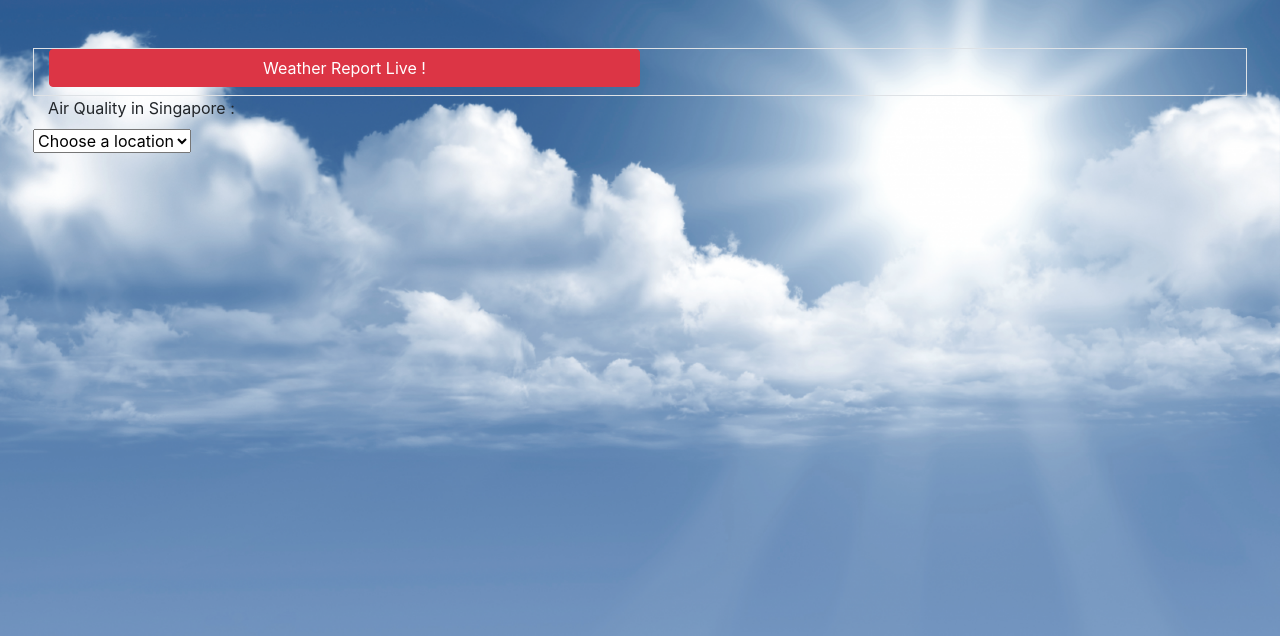
Repository: Code-Institute-Submissions/projectchen88-weatherForecast
Page: index.html
The author's editor kept a record of every edit. The page is drawn from the files as they stood at one moment, then again after the next edit.
The browser window is 1280 px wide. The pictures show the whole page.
The page's requests for data from a server got no answer.

Above is the page before.
Console error (its wording comes from the project's code and is left out).

### index.html
<!doctype html>
<html lang="en">

<head>
    <!-- Required meta tags -->
    <meta charset="utf-8">
    <meta name="viewport" content="width=device-width, initial-scale=1, shrink-to-fit=no">
    <!--AXIOS link-->
    <script src="https://unpkg.com/axios/dist/axios.min.js"></script>
    <!-- Bootstrap CSS -->
    <link rel="stylesheet" href="https://stackpath.bootstrapcdn.com/bootstrap/4.4.1/css/bootstrap.min.css" integrity="sha384-Vkoo8x4CGsO3+Hhxv8T/Q5PaXtkKtu6ug5TOeNV6gBiFeWPGFN9MuhOf23Q9Ifjh" crossorigin="anonymous">
    <!--Custom CSS-->
    <link rel="stylesheet" href="styles/style.css" type="text/css" />
    <title>Hello, world!</title>
</head>

<body>
    <main id='main-page' class='container-fluid p-5'>
        <div class="row">
            <div class="col-12 border">
                <div class="row">
                    <div class="col-6 mx-auto">

                    </div>
                </div>
                <h1 class='btn btn-danger w-50'> Weather Report Live ! </h1>
            </div>

            <div class='col-12'> Air Quality in Singapore : <span id='status'></span></div>

            <hr/>

            <div>
                <div>
                    <select id="select">
                    <option>Choose a location</option>
                </select>
                </div>
                <div>
                    <p id='weather'></p>
                </div>
            </div>
        </div>
    </main>


    <!-- Optional JavaScript -->
    <!-- jQuery first, then Popper.js, then Bootstrap JS -->
    <script src="https://code.jquery.com/jquery-3.4.1.js" integrity="sha256-WpOohJOqMqqyKL9FccASB9O0KwACQJpFTUBLTYOVvVU=" crossorigin="anonymous"></script>
    <script src="https://cdn.jsdelivr.net/npm/popper.js@1.16.0/dist/umd/popper.min.js" integrity="sha384-Q6E9RHvbIyZFJoft+2mJbHaEWldlvI9IOYy5n3zV9zzTtmI3UksdQRVvoxMfooAo" crossorigin="anonymous"></script>
    <script src="https://stackpath.bootstrapcdn.com/bootstrap/4.4.1/js/bootstrap.min.js" integrity="sha384-wfSDF2E50Y2D1uUdj0O3uMBJnjuUD4Ih7YwaYd1iqfktj0Uod8GCExl3Og8ifwB6" crossorigin="anonymous"></script>
    <!--Custom JS script-->
    <script type="text/javascript" src="scripts/script.js"></script>
</body>

</html>

### scripts/script.js
/*  global $ axios */

var source1 = "https://api.data.gov.sg/v1/environment/2-hour-weather-forecast"
var source2 = "https://api.data.gov.sg/v1/environment/4-day-weather-forecast"
var forecastData =[]
var tempData =[]
var option =[]
var status


//AXIO TO GET DATA FROM JSON FILE (local)
function getForecast(callback) {
  axios.get(source1)
    .then(function(response) {
      let result = response.data;
      console.log(result)
      callback(result)
    })
}
function getTemp(callback) {
  axios.get(source2)
    .then(function(response) {
      let result = response.data.items[0].forecasts;
      console.log(result)
      callback(result)
    })
}
function displayDailyForecast( day ) {
  document.getElementById("forecast-title").innerHTML="Weather Forecast for date : " +tempData[day].date
  document.getElementById("forecast").innerHTML=tempData[day].forecast
  document.getElementById("humidity-high").innerHTML=tempData[day].relative_humidity.high
  document.getElementById("humidity-low").innerHTML=tempData[day].relative_humidity.low
  document.getElementById("temperature-high").innerHTML=tempData[day].temperature.high
  document.getElementById("temperature-low").innerHTML=tempData[day].temperature.low
  document.getElementById("wind-direction").innerHTML="The wind will be blowing in the "+tempData[day].wind.direction+" direction"
  document.getElementById("wind-speed-high").innerHTML=tempData[day].wind.speed.high
  document.getElementById("wind-speed-low").innerHTML=tempData[day].wind.speed.low

}
getTemp(function(data){
  tempData = data;
  tempData.count = 0 // tracker for the day result that is displayed
  displayDailyForecast (tempData.count)
  document.getElementById("forecast").innerHTML=tempData[0].forecast
})

getForecast( function(data) {
    forecastData = data
    status = forecastData.api_info.status
    document.getElementById("status").innerHTML = status;

    let forecastsArea = forecastData.items[0].forecasts

    var select = document.getElementById("select");
    for (let item in forecastsArea) {
      var el = document.createElement("option");
      el.textContent = forecastsArea[item].area;
      el.value = forecastsArea[item].area;
      select.appendChild(el);
    }
})

$ (function () {
  // $('#prev-day').hide();

  // Set the date of today to be displayed
  var d = new Date();
  var weekday = new Array(7);
  weekday[0] = "Sunday";
  weekday[1] = "Monday";
  weekday[2] = "Tuesday";
  weekday[3] = "Wednesday";
  weekday[4] = "Thursday";
  weekday[5] = "Friday";
  weekday[6] = "Saturday";
  var strDate = weekday[d.getDay()] + " : " + d.getDate() + " Day " + (d.getMonth()+1) + " Month " + d.getFullYear() + " Year " ;
  $('#dateToday').text(strDate)

  // Detect for change in option change in selection of area and display the weather
  $('#select').change(function(){
    // displayWeather()
    let forecastsArea = forecastData.items[0].forecasts
    for (let item in forecastsArea) {
      var select = $('#select').val()
      if (select == forecastsArea[item].area)
      $('#weather').text("The weather at "+ forecastsArea[item].area +" is expected to be "+forecastsArea[item].forecast)
    }
  })

  // Detect for change to view. forecast for next day
  $('#next-day').click( function () {
    if (tempData.count < 3) {
      tempData.count ++ ;
      displayDailyForecast(tempData.count)
      if (tempData.count >= 3) {
        // $('#next-day').hide()
      }
      $('#prev-day').text('<<')
    }
    else {
      $('#next-day').text('>>|')
    }
  })

  $('#prev-day').on('click', function () {
   if (tempData.count >= 0) {
      tempData.count -- ;
      displayDailyForecast(tempData.count)
      if (tempData.count <= 0 ) {
        $('#next-day').text(">>")
      }
      $('#prev-day').text('|<<')
    }
  })
})

Loaded but not shown: styles/style.css (common file)

After the next edit:
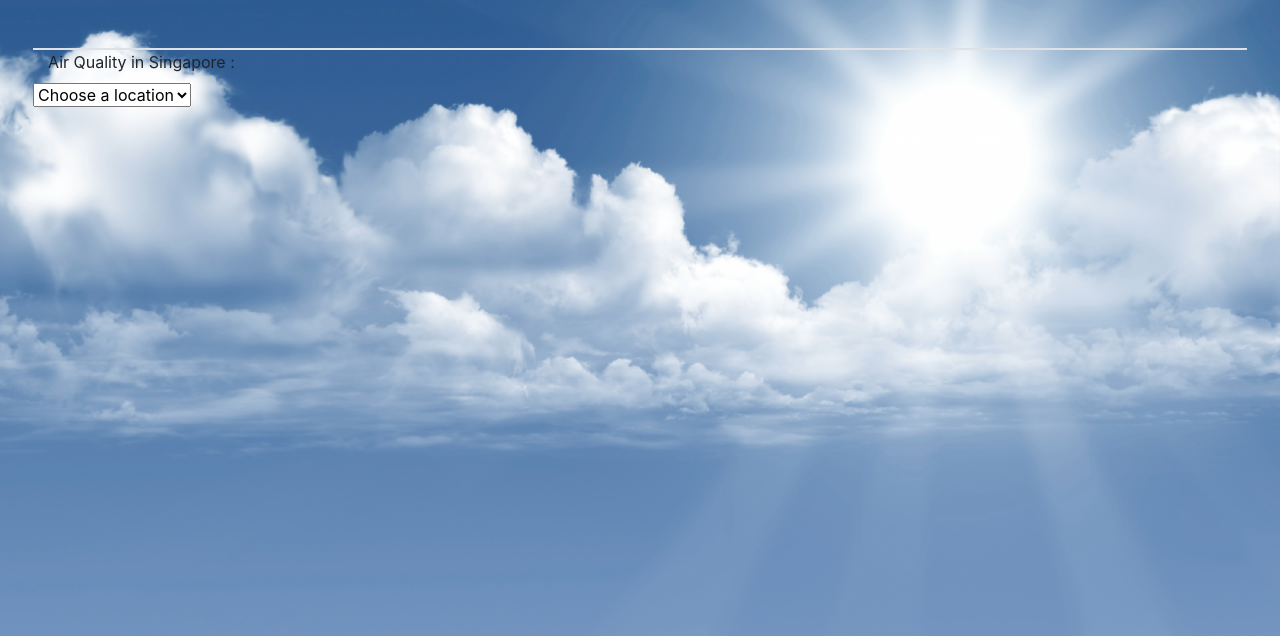
The edit:
--- a/index.html
+++ b/index.html
@@ -23,7 +23,6 @@
 
                     </div>
                 </div>
-                <h1 class='btn btn-danger w-50'> Weather Report Live ! </h1>
             </div>
 
             <div class='col-12'> Air Quality in Singapore : <span id='status'></span></div>
